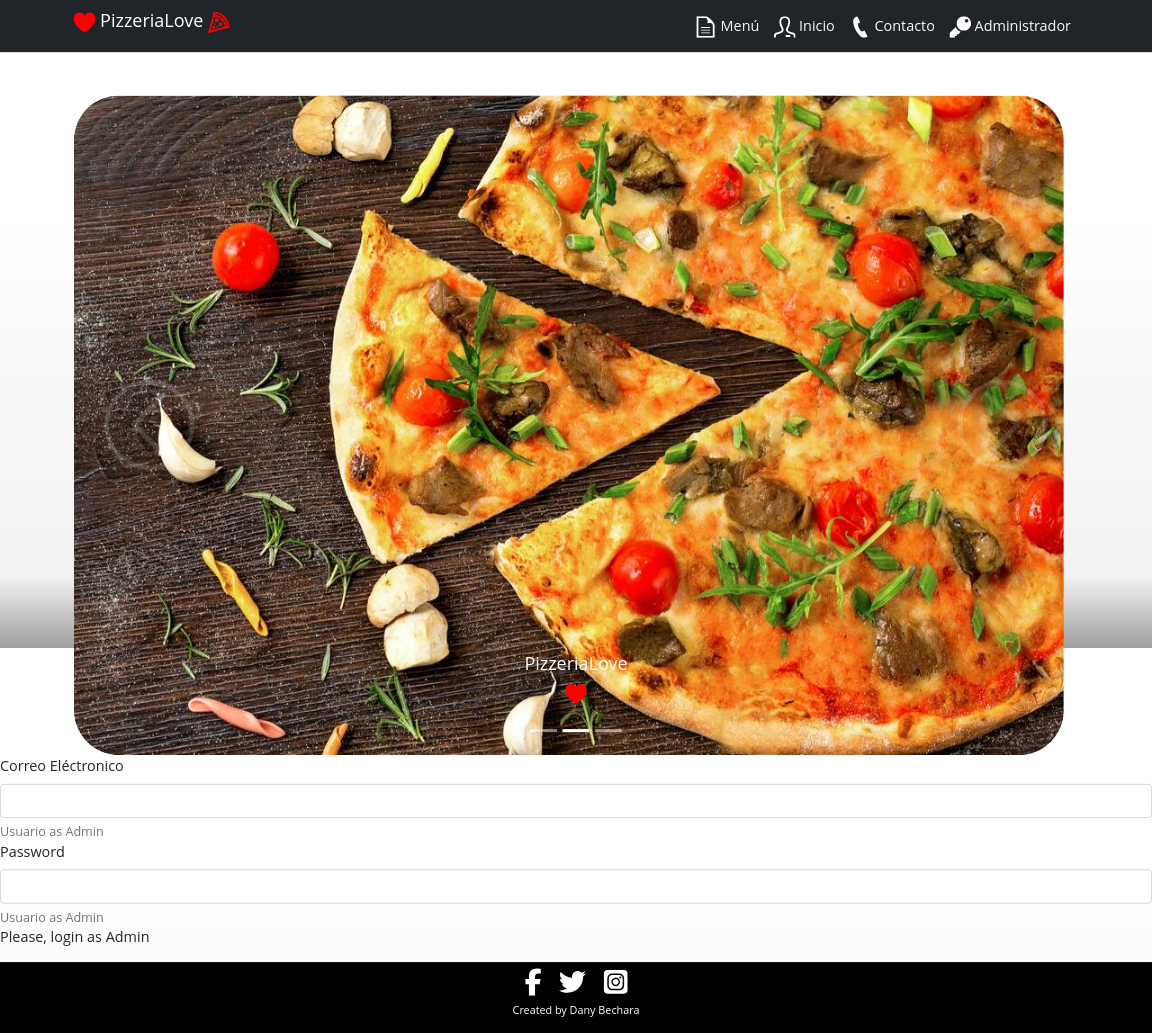
Repository: bechara611/PizzeriaLove
Page: /administrador
An editor plug-in stored every save of this project. The page is shown before and after the next save, followed by the edit.
The browser window is 1280 px wide. The pictures show the whole page, at 90% of full size.
The page's requests for data from a server got no answer. Backgrounds fixed to the window are drawn as part of the page. The project was rebuilt for these pictures with package versions that can differ from the ones it lists, and the page was loaded fresh each time. No one was signed in, and anything a server would have sent is missing. Also part of the build but not shown: src/App.css, src/App.js, src/Componentes/Menu.css, src/Firebase/Borrar.js, src/Componentes/Menu.js, src/Componentes/FormularioAgregarMenu.css, src/Elementos/Alerta.js.

Above is the page before, as saved 2022-02-23 09:09:56.

After the next save:
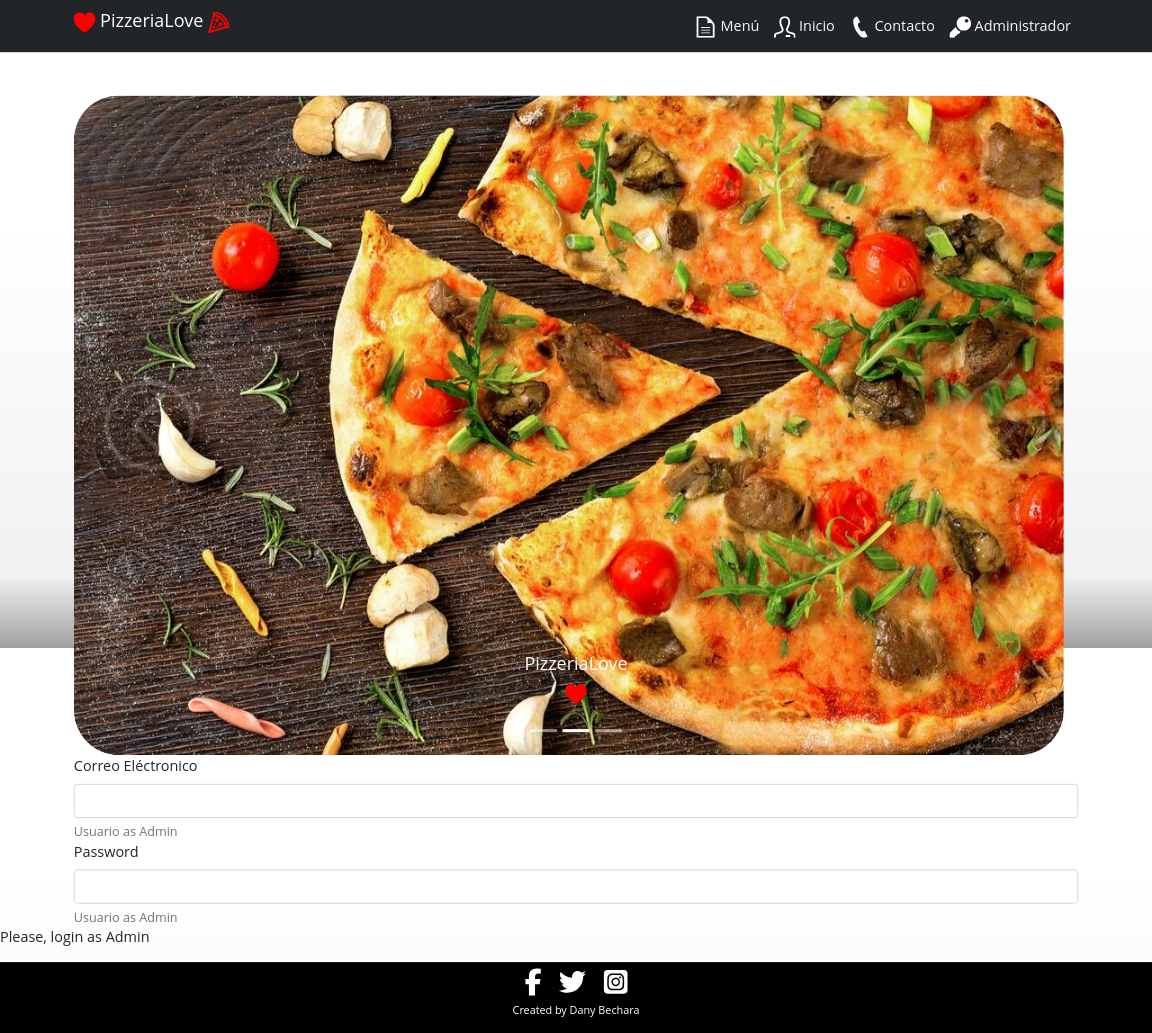
Saved 33 s later.
--- a/src/Componentes/FormularioAgregarMenu.js
+++ b/src/Componentes/FormularioAgregarMenu.js
@@ -40,8 +40,10 @@ const FormularioAgregarMenu = () => {
 
     return (
         <>
+        <div className="container">
+        <div className="row">
         <form action="">
-    <label htmlFor="correo" class="form-label">Correo Eléctronico</label>
+        <label htmlFor="correo" class="form-label">Correo Eléctronico</label>
         <input type="text" name="usuario" id="usuario" className='form-control' aria-describedby='usuario' />
         <div id="usuario" class="form-text">
          Usuario as Admin
@@ -52,6 +54,12 @@ const FormularioAgregarMenu = () => {
          Usuario as Admin
         </div>
          </form>
+        </div>
+        </div>
+
+
+
+
 
        {acceder===true ?
          <>
